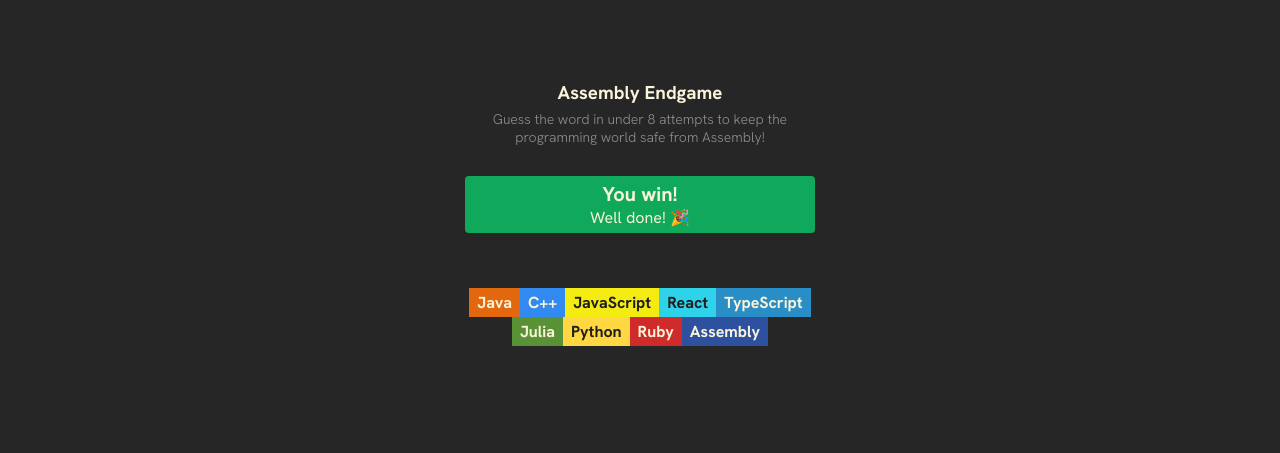
Repository: AchrafAzzaoui/AssemblyEndgame
Page: / (app in assembly-endgame/)
The author's editor kept a copy of each file at every save. The page is drawn from the files as they stood at one save, then again after the next save.
The browser window is 1280 px wide. The pictures show the whole page.
The project was rebuilt for these pictures with package versions that can differ from the ones it lists, and the page was loaded fresh each time. Also part of the build but not shown: assembly-endgame/vite.config.js.

Above is the page before, as saved 2024-12-25 13:10:09.

### assembly-endgame/index.html
<!DOCTYPE html>
<html lang="en">
  <head>
    <meta charset="UTF-8" />
    <link rel="icon" type="image/svg+xml" href="/vite.svg" />
    <meta name="viewport" content="width=device-width, initial-scale=1.0" />
    <link
      href="https://fonts.googleapis.com/css2?family=Hanken+Grotesk:wght@300;400;500;600;700&display=swap"
      rel="stylesheet"
    />
    <title>Assembly Endgame</title>
  </head>
  <body>
    <div id="root"></div>
    <script type="module" src="/src/main.jsx"></script>
  </body>
</html>

### assembly-endgame/src/index.css
* {
  margin: 0;
  padding: 0;
  box-sizing: border-box;
}
body {
  font-family: "Hanken Grotesk", sans-serif;
  background-color: #262626;
  color: #d9d9d9;
  padding: 80px 40px;
  height: 100vh;
  display: flex;
  justify-content: center;
}

header {
  text-align: center;
}

.game-title {
  color: #f9f4da;
}
.game-description {
  margin-top: 5px;
  font-weight: 300;
  color: #8e8e8e;
  font-size: 0.875rem;
  max-width: 350px;
}
.game-description,
.game-title {
  text-align: center;
}

/* status */
.game-status {
  width: 100%;
  max-width: 350px;
  background-color: #10a95b;
  color: #f9f4da;
  display: flex;
  flex-direction: column;
  justify-content: space-evenly;
  align-items: center;
  padding: 5px 20px;
  margin: 20px 0;
  border-radius: 4px;
  margin-block: 30px;
}
.game-status p {
}
.game-status h2 {
  font-size: 1.25rem;
  /* margin: 5px; */
}

/* language tags */
.language-tags-container {
  display: flex;
  justify-content: center;
  margin-top: 25px;
  flex-wrap: wrap;
  max-width: 350px;
}

.language-tag {
  padding: 0.25rem 0.5rem;
}

main {
  width: 100%;
  max-width: 600px;
  display: flex;
  flex-direction: column;
  align-items: center;
}

### assembly-endgame/src/App.jsx
import { useState } from "react";
import Status from "./components/Status.jsx";
import LanguageTags from "./components/LanguageTags.jsx";

export default function App() {
  return (
    <main>
      <header>
        <h3 className="game-title">Assembly Endgame</h3>
        <p className="game-description">
          Guess the word in under 8 attempts to keep the programming world safe
          from Assembly!
        </p>
      </header>
      <Status />
      <LanguageTags />
    </main>
  );
}

### assembly-endgame/src/components/Status.jsx
import { useState } from "react";

export default function Status() {
  return (
    <div className="game-status">
      <h2>You win!</h2>
      <p>Well done! 🎉</p>
    </div>
  );
}

### assembly-endgame/src/components/LanguageTags.jsx
import { useState } from "react";
import { languages } from "../data/languages.js";

export default function LanguageTags() {
  const languageTags = languages.map((language) => {
    const { name, backgroundColor, color } = language;
    return (
      <div
        className="language-tag"
        style={{ backgroundColor: backgroundColor, color: color }}
      >
        <h4>{name}</h4>
      </div>
    );
  });
  return <div className="language-tags-container">{languageTags}</div>;
}

### assembly-endgame/src/data/languages.js
export const languages = [
  {
    name: "Java",
    backgroundColor: "#E2680F",
    color: "#F9F4DA",
  },
  {
    name: "C++",
    backgroundColor: "#328AF1",
    color: "#F9F4DA",
  },
  {
    name: "JavaScript",
    backgroundColor: "#F4EB13",
    color: "#1E1E1E",
  },
  {
    name: "React",
    backgroundColor: "#2ED3E9",
    color: "#1E1E1E",
  },
  {
    name: "TypeScript",
    backgroundColor: "#298EC6",
    color: "#F9F4DA",
  },
  {
    name: "Julia",
    backgroundColor: "#599137",
    color: "#F9F4DA",
  },
  {
    name: "Python",
    backgroundColor: "#FFD742",
    color: "#1E1E1E",
  },
  {
    name: "Ruby",
    backgroundColor: "#D02B2B",
    color: "#F9F4DA",
  },
  {
    name: "Assembly",
    backgroundColor: "#2D519F",
    color: "#F9F4DA",
  },
];

Loaded but not shown: assembly-endgame/src/main.jsx (common file)

After the next save:
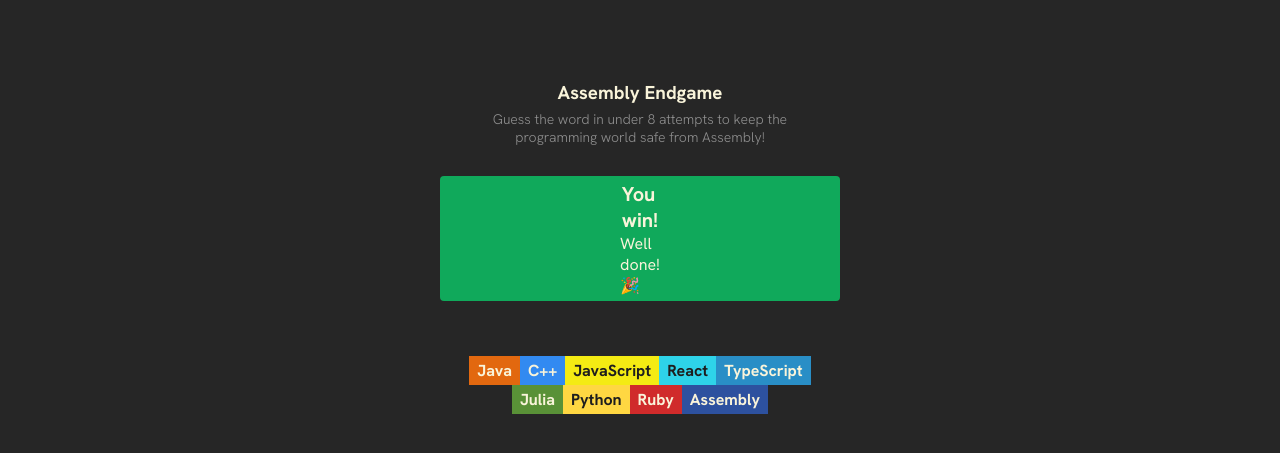
Saved 15 s later.
--- a/assembly-endgame/src/index.css
+++ b/assembly-endgame/src/index.css
@@ -42,7 +42,7 @@
   flex-direction: column;
   justify-content: space-evenly;
   align-items: center;
-  padding: 5px 20px;
+  padding: 5px 200px;
   margin: 20px 0;
   border-radius: 4px;
   margin-block: 30px;

After the save that followed:
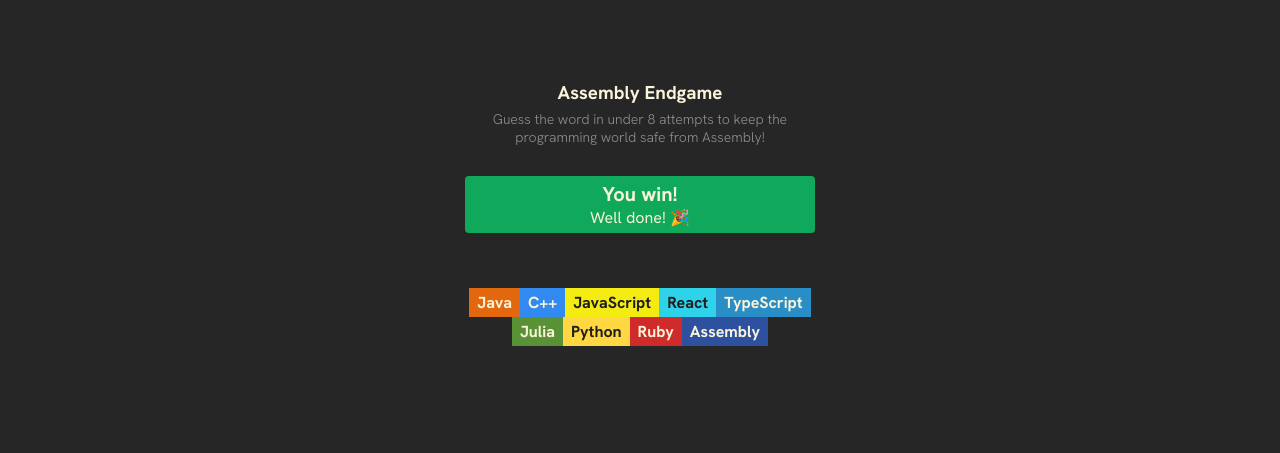
Saved 6 s later.
--- a/assembly-endgame/src/index.css
+++ b/assembly-endgame/src/index.css
@@ -42,7 +42,7 @@
   flex-direction: column;
   justify-content: space-evenly;
   align-items: center;
-  padding: 5px 200px;
+  padding: 5px 20px;
   margin: 20px 0;
   border-radius: 4px;
   margin-block: 30px;
